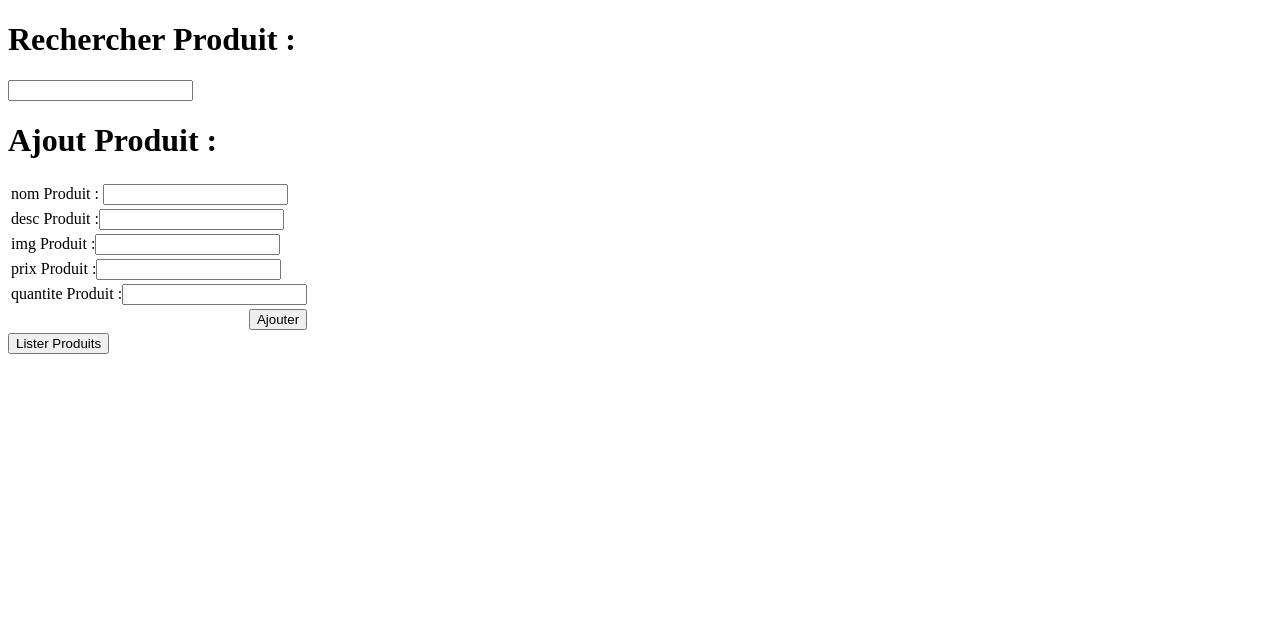
Repository: EBusinesss/Ebusiness
Page: http://localhost/EcomWEB/
An editor plug-in stored every save of this project. The page is shown before and after the next save, followed by the edit.
The browser window is 1280 px wide. The pictures show the whole page.
The page is served by Tomcat 9. Nobody is signed in. The application's start-up code is not run. Other server files are loaded and not shown.

Above is the page before, as saved 2014-12-06 22:31:46.

### Workspace/EcomWEB/WebContent/index.jsp
<%@ page language="java" contentType="text/html; charset=ISO-8859-1"
    pageEncoding="ISO-8859-1"%>
<!DOCTYPE html PUBLIC "-//W3C//DTD HTML 4.01 Transitional//EN" "http://www.w3.org/TR/html4/loose.dtd">
<html>
<head>
<meta http-equiv="Content-Type" content="text/html; charset=ISO-8859-1">
<title>Insert title here</title>
</head>
<body>
		<h1>Rechercher Produit : </h1>
		<form action="RechercherProductServlet" method="post">
			<input type="text" name="nomProduitRecherche" width="25">
		</form>
		<h1>Ajout Produit :</h1>
		<form action="AddProductServlet" method="post">
		<table>
			<tr><td> nom Produit 		: <input type="text" name="nomProduit" width="25"></td></tr>
			<tr><td> desc Produit 		:<input type="text" name="descProduit" width="25"></td></tr>
			<tr><td> img Produit		:<input type="text" name="imgProduit" width="25"></td></tr>
			<tr><td> prix Produit 		:<input type="text" name="prixProduit" width="25"></td></tr>
			<tr><td> quantite Produit	:<input type="text" name="quantiteProduit" width="25"></td></tr>
			<tr>
				<td align="right" colspan="3">
					<button name="submit" type="submit">Ajouter</button>
				</td>
			</tr>
		</table>
		</form>

		<form action="ListProductServlet" method="post">
		<button name="submit" type="submit">Lister Produits</button>
		</form>

</body>
</html>

After the next save:
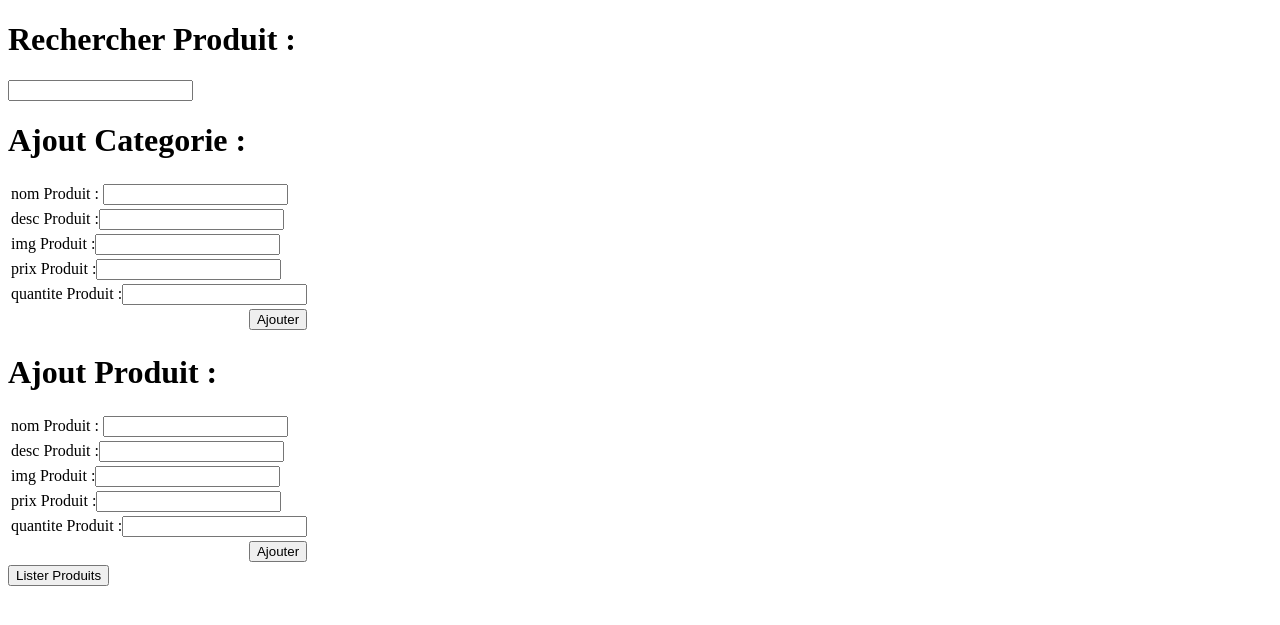
Saved 12 min 10 s later.
--- a/Workspace/EcomWEB/WebContent/index.jsp
+++ b/Workspace/EcomWEB/WebContent/index.jsp
@@ -11,6 +11,23 @@
 		<form action="RechercherProductServlet" method="post">
 			<input type="text" name="nomProduitRecherche" width="25">
 		</form>
+
+		<h1>Ajout Categorie :</h1>
+		<form action="AddProductServlet" method="post">
+		<table>
+			<tr><td> nom Produit 		: <input type="text" name="nomProduit" width="25"></td></tr>
+			<tr><td> desc Produit 		:<input type="text" name="descProduit" width="25"></td></tr>
+			<tr><td> img Produit		:<input type="text" name="imgProduit" width="25"></td></tr>
+			<tr><td> prix Produit 		:<input type="text" name="prixProduit" width="25"></td></tr>
+			<tr><td> quantite Produit	:<input type="text" name="quantiteProduit" width="25"></td></tr>
+			<tr>
+				<td align="right" colspan="3">
+					<button name="submit" type="submit">Ajouter</button>
+				</td>
+			</tr>
+		</table>
+		</form>
+
 		<h1>Ajout Produit :</h1>
 		<form action="AddProductServlet" method="post">
 		<table>
